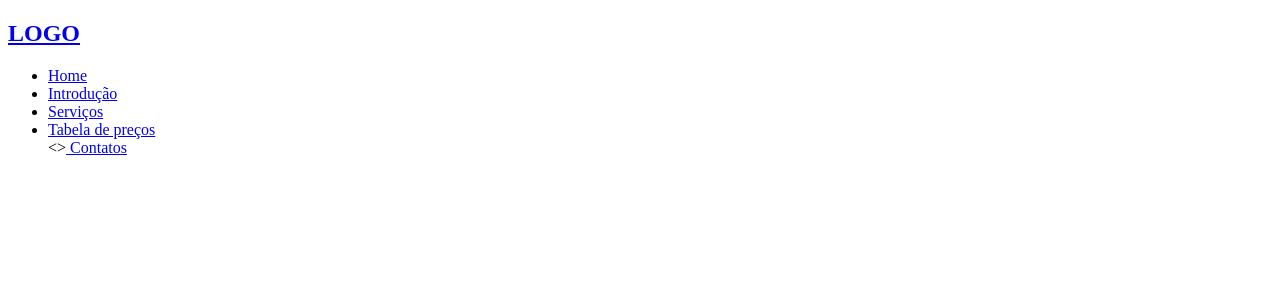
Repository: MarcioFreitasUFSC21/Proejct00
Page: ExampleSite/Assets/index2.html
These files come from the project's save history. The page is drawn as it stood at one moment and after a run of saves; the edit follows.
The browser window is 1280 px wide. The pictures show the whole page.

Above is the page before, as saved 2023-03-18 17:07:38.

After the next 3 saves:
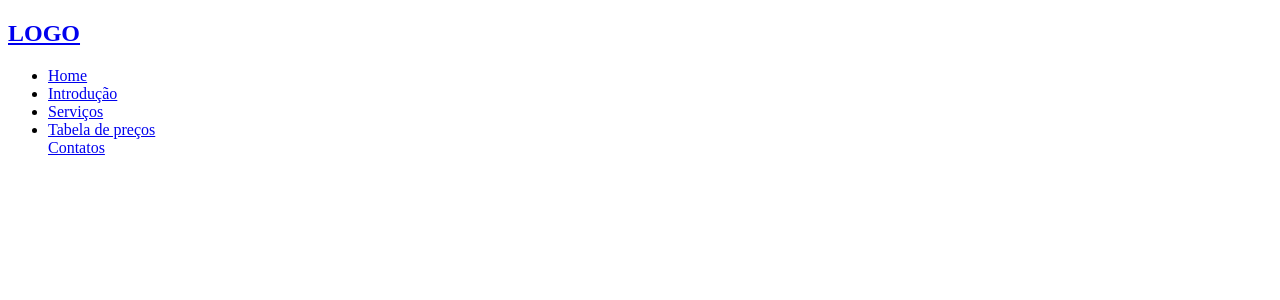
The 3 saves are shown as one change because they came seconds apart.
The last was saved 9 s later.
--- a/ExampleSite/Assets/index2.html
+++ b/ExampleSite/Assets/index2.html
@@ -16,7 +16,7 @@
                     <li><a href="#"> Introdução</a></li>
                     <li><a href="#"> Serviços</a></li>
                     <li><a href="#"> Tabela de preços</a></li>
-                    <><a href="#"> Contatos</a></li>
+                    <a><a href="#"> Contatos</a></a></li>
 
                 </ul>
             </nav>
